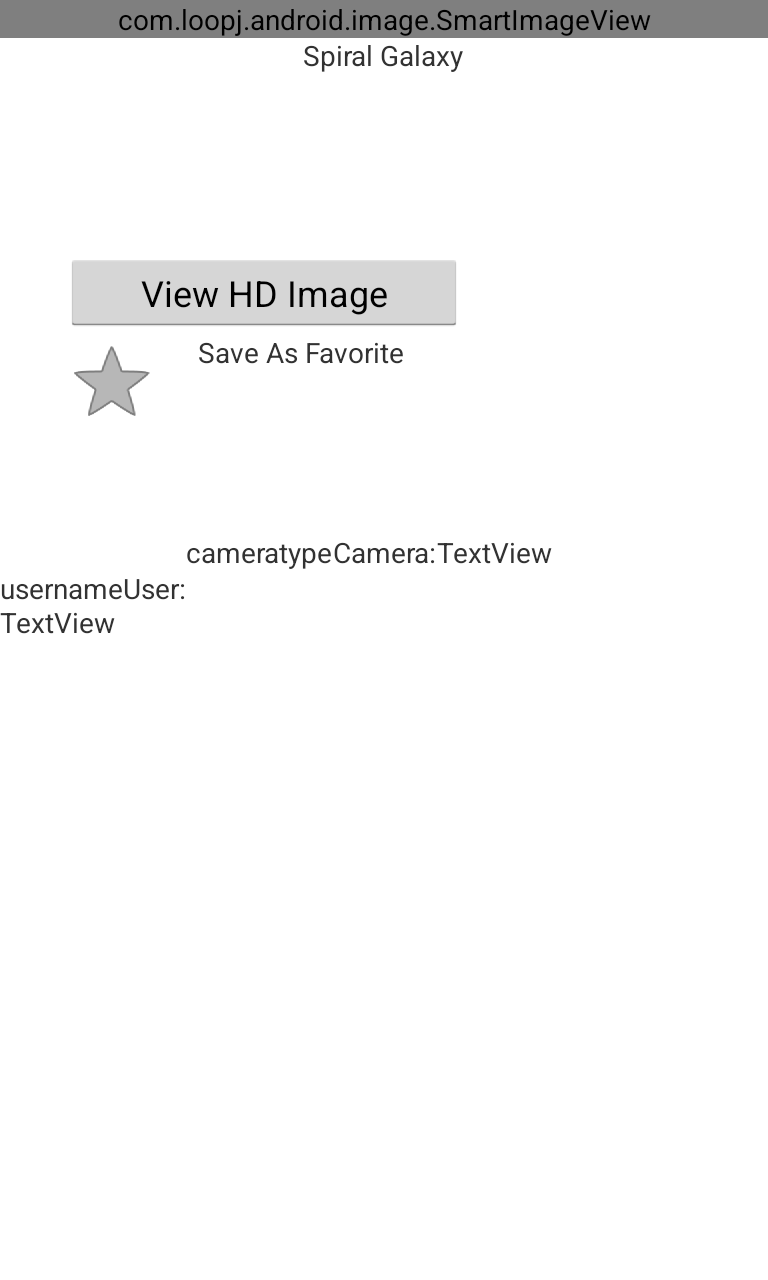
Repository: arianaantonio/Java2_Antonio
Layout: SpaceImageViewer/res/layout/details_activity.xml
The author's editor kept a copy of each file at every save. The layout is drawn from the files as they stood at one save, then again after the next save.
Pictures or frames that could not be fetched are drawn as grey boxes. It is drawn on a 768 x 1280 px phone screen (xhdpi) without system bars, with theme AppTheme; the app's code is not run.

Above is the layout before, as saved 2014-07-17 05:24:51.

### SpaceImageViewer/res/layout/details_activity.xml
<?xml version="1.0" encoding="utf-8"?>
<RelativeLayout xmlns:android="http://schemas.android.com/apk/res/android"
    android:layout_width="match_parent"
    android:layout_height="match_parent"
    android:orientation="vertical" >

    <TextView
        android:id="@+id/title"
        android:layout_width="wrap_content"
        android:layout_height="wrap_content"
        android:layout_alignParentTop="true"
        android:layout_centerHorizontal="true"
        android:layout_marginTop="18dp"
        android:text="Spiral Galaxy" />

    <com.loopj.android.image.SmartImageView
        android:id="@+id/my_image"
        android:layout_width="match_parent"
        android:layout_height="wrap_content"
        android:visibility="visible" />

    <Button
        android:id="@+id/button1"
        android:layout_width="wrap_content"
        android:layout_height="wrap_content"
        android:layout_alignRight="@+id/title"
        android:layout_alignTop="@+id/title"
        android:layout_marginTop="108dp"
        android:minHeight="35dp"
        android:text="@string/HDbutton"
        android:width="200dp" />

    <RatingBar
        android:id="@+id/ratingBar"
        android:layout_width="wrap_content"
        android:layout_height="wrap_content"
        android:layout_alignLeft="@+id/button1"
        android:layout_below="@+id/button1"
        android:numStars="1"
        android:rating="0.0"
        android:stepSize="1.0" />

    <TextView
        android:id="@+id/textView1"
        android:layout_width="wrap_content"
        android:layout_height="wrap_content"
        android:layout_alignTop="@+id/ratingBar"
        android:layout_marginLeft="19dp"
        android:layout_toRightOf="@+id/ratingBar"
        android:text="@string/favorite" />

    <TextView
        android:id="@+id/textView2"
        android:layout_width="wrap_content"
        android:layout_height="wrap_content"
        android:layout_alignParentLeft="true"
        android:layout_below="@+id/linearLayout1"
        android:text="TextView" />

    <LinearLayout
        android:id="@+id/linearLayout1"
        android:layout_width="match_parent"
        android:layout_height="35dp"
        android:layout_alignParentLeft="true"
        android:layout_below="@+id/ratingBar"
        android:layout_marginTop="43dp"
        android:orientation="horizontal" >

        <TextView
            android:id="@+id/userName"
            android:layout_width="wrap_content"
            android:layout_height="wrap_content"
            android:layout_marginTop="18dp"
            android:text="username" />

        <TextView
            android:id="@+id/user"
            android:layout_width="wrap_content"
            android:layout_height="wrap_content"
            android:layout_below="@+id/title"
            android:layout_marginTop="18dp"
            android:text="@string/userString" />

        <TextView
            android:id="@+id/cameraType"
            android:layout_width="wrap_content"
            android:layout_height="wrap_content"
            android:text="cameratype" />

        <TextView
            android:id="@+id/camera"
            android:layout_width="wrap_content"
            android:layout_height="wrap_content"
            android:text="@string/cameraString" />

        <TextView
            android:id="@+id/textView3"
            android:layout_width="wrap_content"
            android:layout_height="wrap_content"
            android:text="TextView" />
    </LinearLayout>

</RelativeLayout>

### SpaceImageViewer/res/values/strings.xml
<?xml version="1.0" encoding="utf-8"?>
<resources>

    <string name="app_name">Space Image Viewer</string>
    <string name="action_settings">Settings</string>
    <string name="textview_text">List of images of spiral galaxies</string>
    <string name="detail_view">Details:</string>
    <string name="Description">Image View</string>
    <color name="Purple">#7F00FF</color>
    <color name="Grey">#D8D8D8</color>
    <color name="Aqua">#99FFFF</color>
    <string name="userString">User:</string>
    <string name="cameraString">Camera:</string>
    <string name="HDbutton">View HD Image</string>
    <string name="detailactivity">Details Activity</string>
    <string name="favorite">Save As Favorite</string>


</resources>

Loaded but not shown: SpaceImageViewer/res/values/styles.xml (common file); SpaceImageViewer/res/values-v11/styles.xml (common file); SpaceImageViewer/res/values-v14/styles.xml (common file)

After the next save:
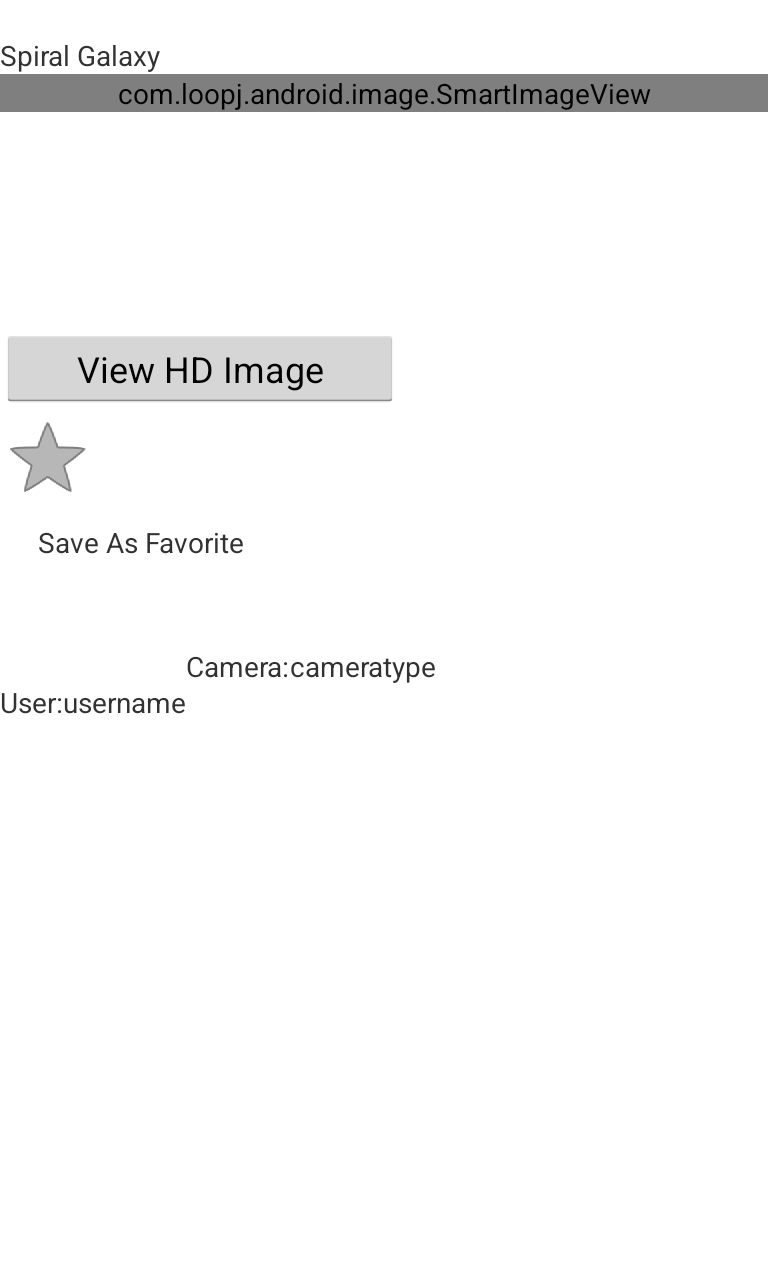
Saved 3 min 36 s later.
--- a/SpaceImageViewer/res/layout/details_activity.xml
+++ b/SpaceImageViewer/res/layout/details_activity.xml
@@ -1,5 +1,5 @@
 <?xml version="1.0" encoding="utf-8"?>
-<RelativeLayout xmlns:android="http://schemas.android.com/apk/res/android"
+<LinearLayout xmlns:android="http://schemas.android.com/apk/res/android"
     android:layout_width="match_parent"
     android:layout_height="match_parent"
     android:orientation="vertical" >
@@ -49,14 +49,6 @@
         android:layout_toRightOf="@+id/ratingBar"
         android:text="@string/favorite" />
 
-    <TextView
-        android:id="@+id/textView2"
-        android:layout_width="wrap_content"
-        android:layout_height="wrap_content"
-        android:layout_alignParentLeft="true"
-        android:layout_below="@+id/linearLayout1"
-        android:text="TextView" />
-
     <LinearLayout
         android:id="@+id/linearLayout1"
         android:layout_width="match_parent"
@@ -67,25 +59,18 @@
         android:orientation="horizontal" >
 
         <TextView
+            android:id="@+id/user"
+            android:layout_width="wrap_content"
+            android:layout_height="wrap_content"
+            android:layout_marginTop="18dp"
+            android:text="@string/userString" />
+
+        <TextView
             android:id="@+id/userName"
             android:layout_width="wrap_content"
             android:layout_height="wrap_content"
             android:layout_marginTop="18dp"
             android:text="username" />
-
-        <TextView
-            android:id="@+id/user"
-            android:layout_width="wrap_content"
-            android:layout_height="wrap_content"
-            android:layout_below="@+id/title"
-            android:layout_marginTop="18dp"
-            android:text="@string/userString" />
-
-        <TextView
-            android:id="@+id/cameraType"
-            android:layout_width="wrap_content"
-            android:layout_height="wrap_content"
-            android:text="cameratype" />
 
         <TextView
             android:id="@+id/camera"
@@ -94,10 +79,11 @@
             android:text="@string/cameraString" />
 
         <TextView
-            android:id="@+id/textView3"
+            android:id="@+id/cameraType"
             android:layout_width="wrap_content"
             android:layout_height="wrap_content"
-            android:text="TextView" />
+            android:text="cameratype" />
+
     </LinearLayout>
 
-</RelativeLayout>
+</LinearLayout>
